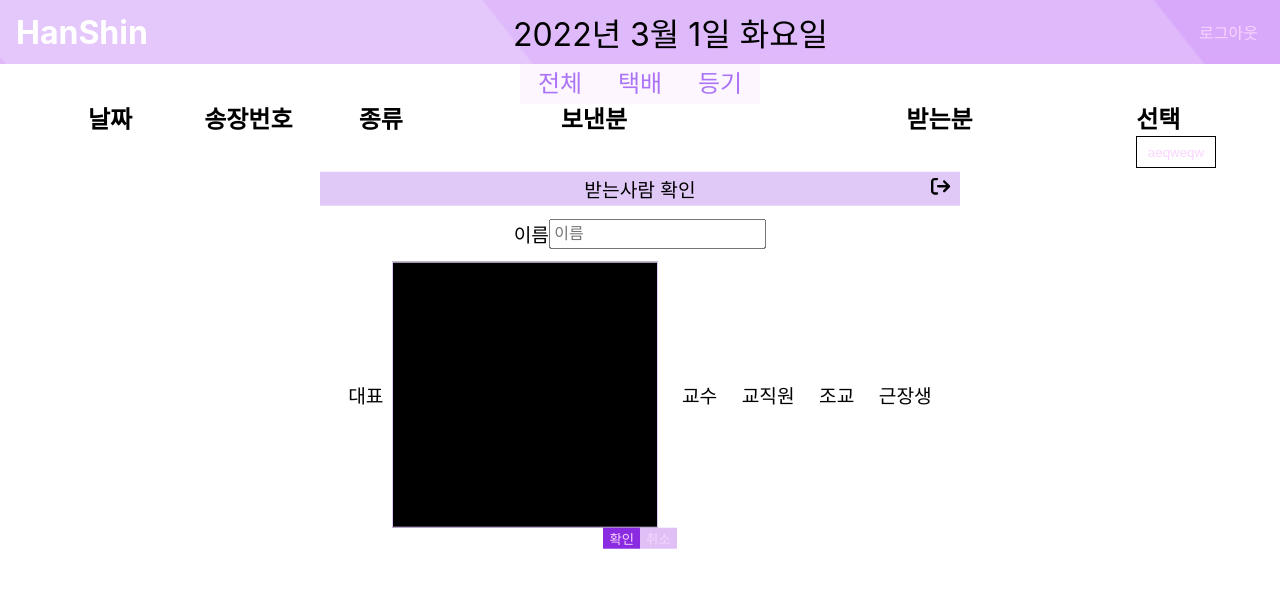
Repository: SeungYn/hanshinClient
Page: /, after clicking the first element matching `button.package_d2e76_submitBtn`
The author's editor kept a copy of each file at every save. The page is drawn from the files as they stood at one save, then again after the next save.
The browser window is 1280 px wide. The pictures show the whole page.
The page's requests for data from a server got no answer. The project was rebuilt for these pictures with package versions that can differ from the ones it lists, and the page was loaded fresh each time. No one was signed in, and anything a server would have sent is missing. Also part of the build but not shown: src/App.css, src/components/item/item.jsx, src/components/addboxs/addBoxs.jsx.

Above is the page before, as saved 2022-03-01 02:31:50.

After the next save:
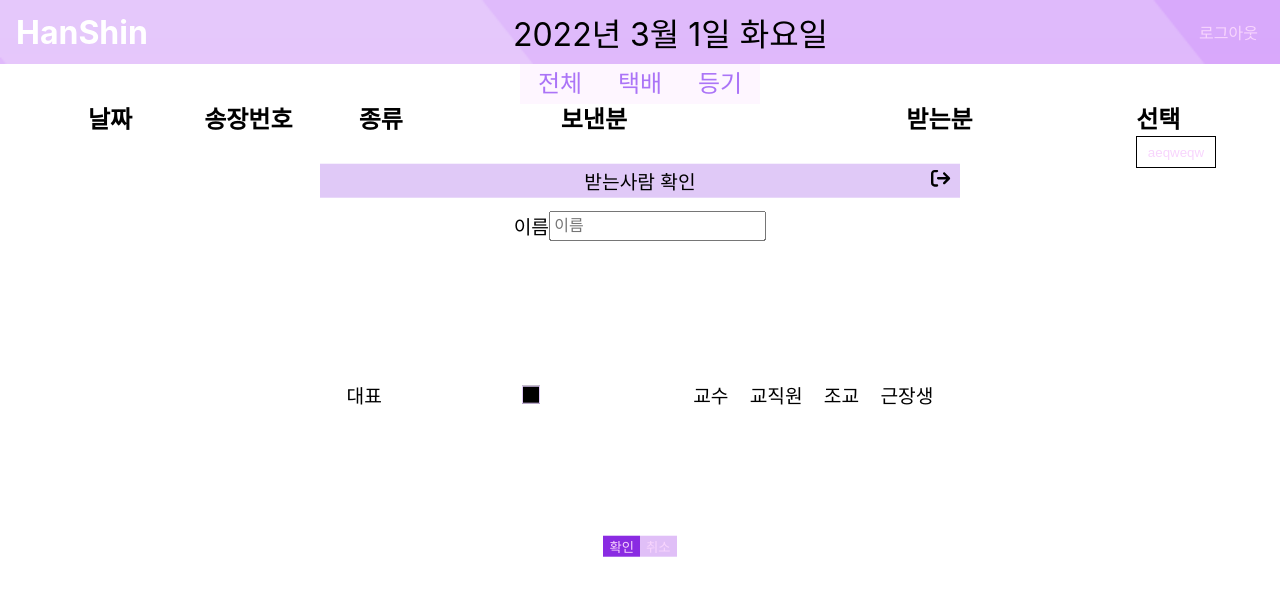
Saved 5 s later.
--- a/src/components/receiverInput/receiverInput.module.css
+++ b/src/components/receiverInput/receiverInput.module.css
@@ -50,7 +50,7 @@ input[type='radio'] {
   padding: 132px;
 }
 
-.checkedBox {
+.checkedBox:after {
   margin-left: 0.5rem;
   content: ' ';
   display: block;
